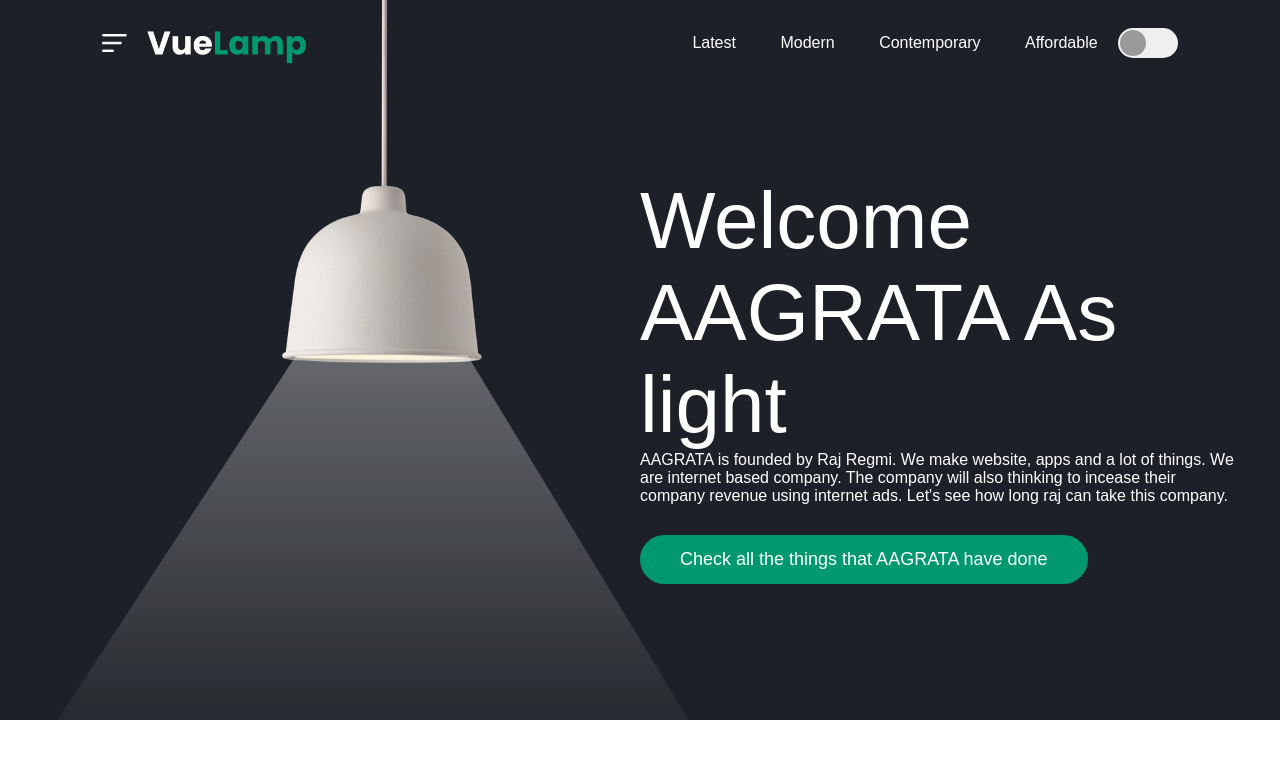
Repository: rajregmi98/newpro1
Page: index.html
These files come from the project's save history. The page is drawn as it stood at one moment and after the next save; the edit follows.
The browser window is 1280 px wide. The pictures show the whole page.

Above is the page before, as saved 2022-09-28 13:23:32.

After the next save:
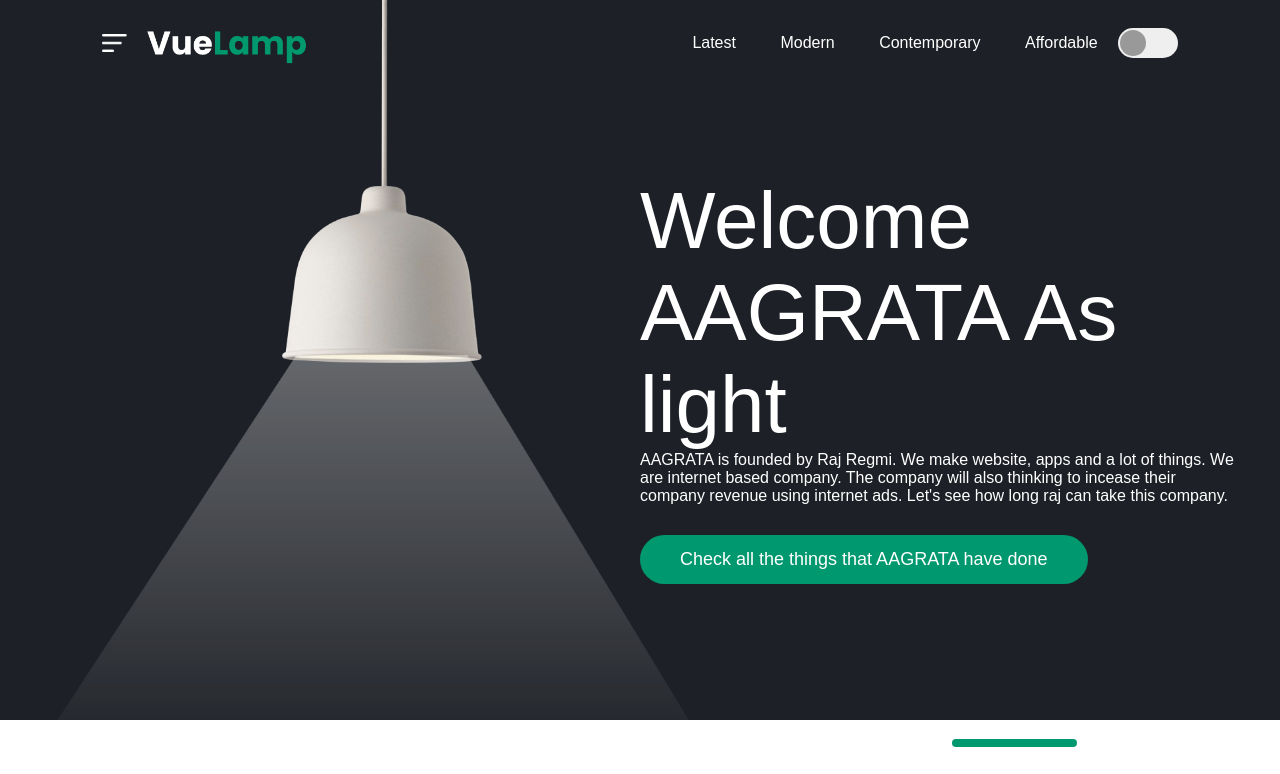
Saved 3 min 51 s later.
--- a/style.css
+++ b/style.css
@@ -132,5 +132,10 @@
 }
 
 .control .line span{
-
+    width: 50%;
+    height: 8px;
+    margin-top: -2px;
+    border-radius: 4px ;
+    background: #00986f;
+    display: block;
 }
